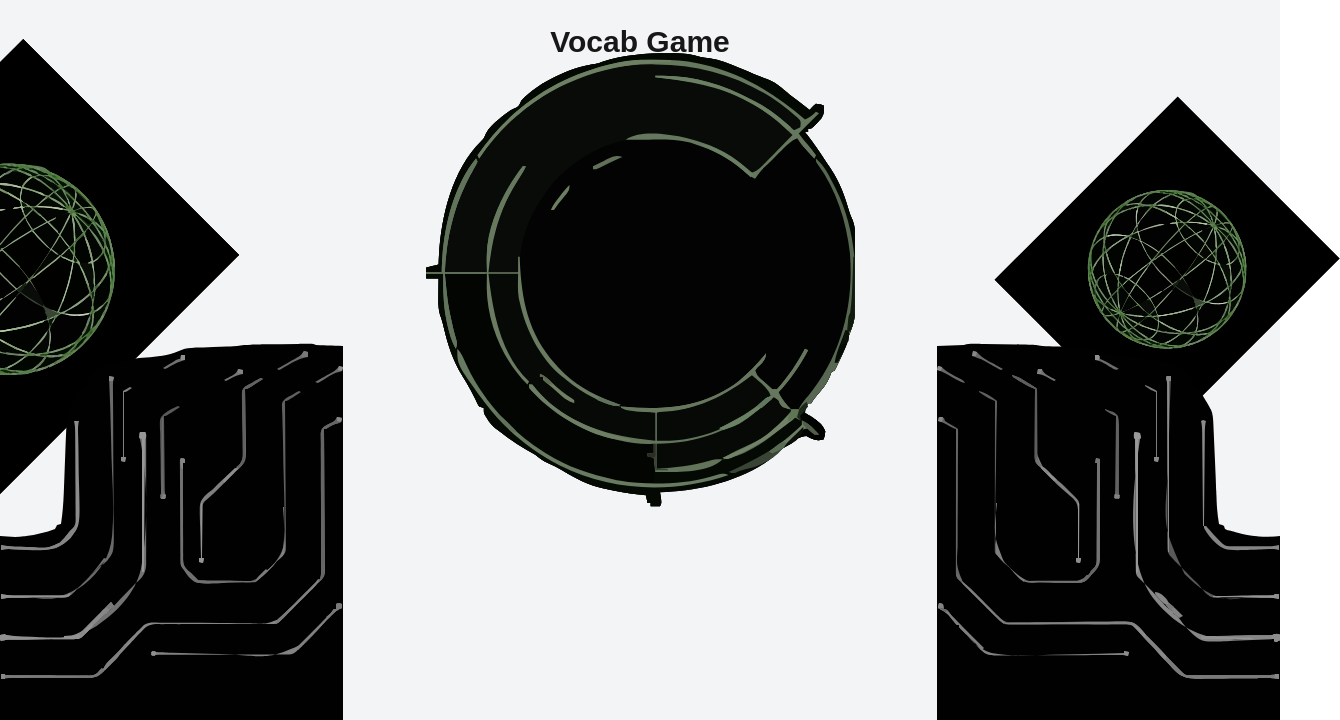
Repository: oxniw/bio-vocab
Page: /game
An editor plug-in stored every save of this project. The page is shown before and after the next save, followed by the edit.
The browser window is 1280 px wide. The page is 1340 px wide, then 1280 px, so the pictures cover 1340 px, including what lies to the right of the window. The pictures show the whole page.
The project was rebuilt for these pictures with package versions that can differ from the ones it lists, and the page was loaded fresh each time. The framework's server and built-in components were replaced by stand-ins that run in the browser. Also part of the build but not shown: next.config.ts.

Above is the page before, as saved 2025-04-03 22:16:06.

After the next save:
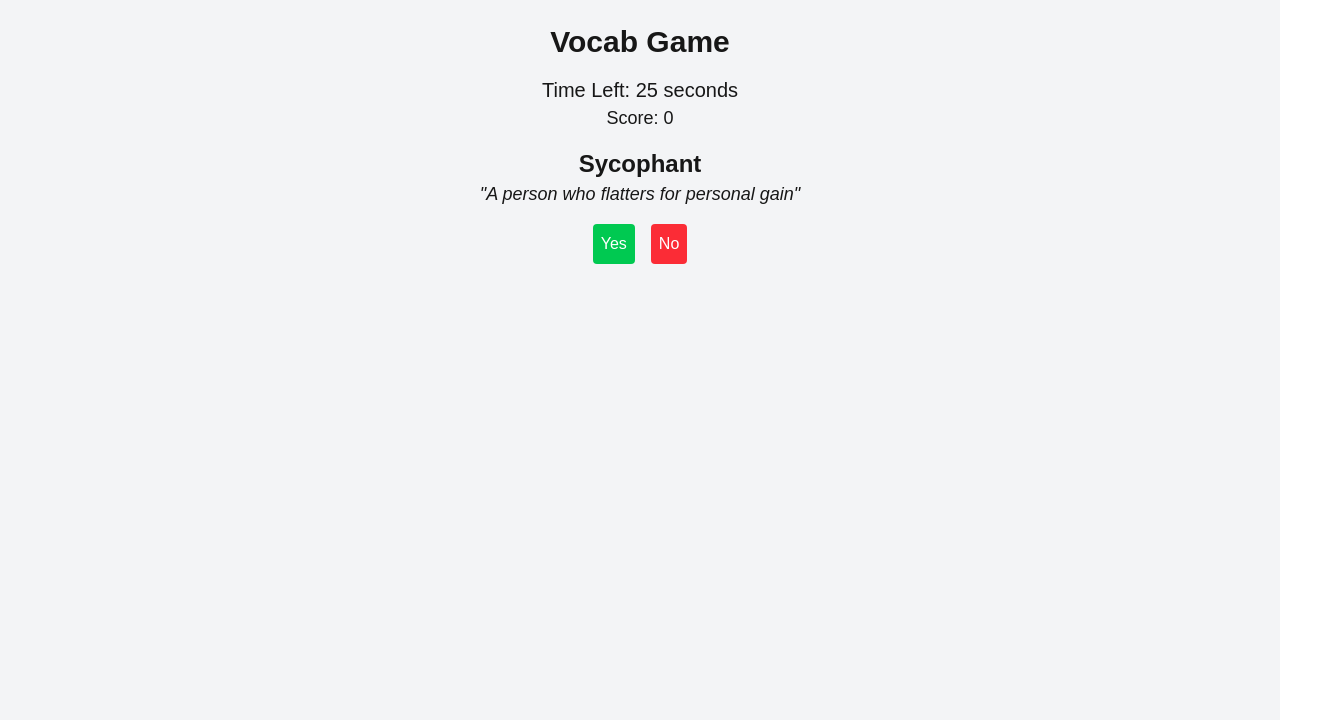
Saved 71 s later.
--- a/src/app/game/page.jsx
+++ b/src/app/game/page.jsx
@@ -76,46 +76,7 @@
           </div>
         </>
       )}
-      <Image
-      className="absolute top-24 -left-36 rotate-45"
-      src="/com/cysphere.svg"
-      alt="Next.js logo"
-      width={612/2 }
-      height={408/2 }
-      priority
-      />
-      <Image
-      className="absolute top-24 -right-10 rotate-45 scale-75"
-      src="/com/cysphere.svg"
-      alt="Next.js logo"
-      width={612/2 }
-      height={408/2 }
-      priority
-      />
-      <Image
-      className="absolute bottom-0 left-0 "
-      src="/com/cyd3.svg"
-      alt="Next.js logo"
-      width={343 }
-      height={411 }
-      priority
-      />
-      <Image
-      className="absolute bottom-0 right-0 "
-      src="/com/cy2d.svg"
-      alt="Next.js logo"
-      width={343 }
-      height={411 }
-      priority
-      />
-      <Image
-      className="absolute scale-125"
-      src="/com/cy4d.svg"
-      alt="Next.js logo"
-      width={343 }
-      height={411 }
-      priority
-      />
+
     </div>
 
   );
